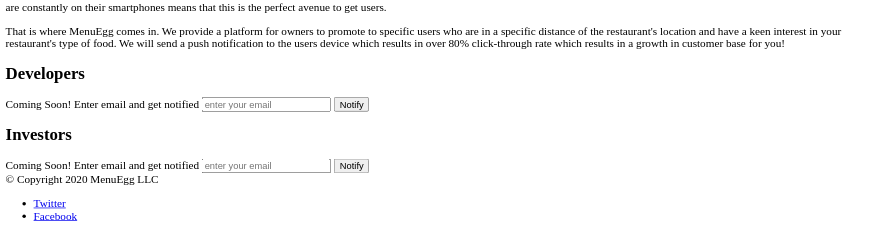
Repository: RobinKite/MenuEgg-test-site
Page: src/index.html
These files come from the project's save history. The page is drawn as it stood at one moment and after the next save; the edit follows.
The browser window is 1280 px wide. The pictures show the part of the page from y = 671 to 2591 px (the page is 1005 px tall before and 2743 px after), at 70% of full size.

Above is the page before, as saved 2020-09-16 05:49:05.

### src/index.html
<!DOCTYPE html>
<html lang="en">

<head>
    <meta charset="UTF-8" />
    <meta name="viewport" content="width=device-width, initial-scale=1.0" />
    <meta http-equiv="X-UA-Compatible" content="ie=edge" />
    <title>MenuEgg - Treat Your Tastebuds</title>
</head>

<body>
    <header>
        <nav>
            <a href="#">
                <img src="" alt="">
            </a>

            <ul>
                <li><a href="#">Home</a></li>
                <li><a href="#">WeightWatchers</a></li>
                <li><a href="#">Meal Planning</a></li>
            </ul>

            <ul>
                <li><a href="#">login</a></li>
                <li><a href="#">register</a></li>
            </ul>
        </nav>
    </header>

    <main>
        <h1>MenuEgg - Treat Your Tastebuds</h1>

        <section>
            <h2>Treat Your Tastebuds</h2>
            <span>Let us help you decide WHERE to go and WHAT to order</span>
        </section>
        <section>
            <div>
                <h2>Consumers</h2>
                <ul>
                    <li>
                        <h3>Dish Recommendations</h3>
                        <p>Don't know what to eat? MenuEgg is customized just for you. A personalized recommendations system helps you find the perfect dish to eat nearby!</p>
                    </li>
                    <li>
                        <h3>AI And Machine Learning</h3>
                        <p>Custom built Artifical Intelligence and Machine Learning built into Recommending the best dish for you</p>
                    </li>
                </ul>
            </div>
            <div>
                <h2>Restaurant Owners</h2>
                <div>
                    <h3>Why use MenuEgg?</h3>
                    <p>One of the hardest obstacles a restaurant owner faces is attracting customers. Existing methods include marketing through social media platforms, providing coupons either through print media or via the web, providing birthday specials
                        to bring back customers, the list goes on and on.</p>
                    <p>The hardest part about this is actually attracting the right customers and promoting to them and not a customer that is not interested in your restaurant's type of food. Provided that most customers are constantly on their smartphones
                        means that this is the perfect avenue to get users.</p>
                    <p>That is where MenuEgg comes in. We provide a platform for owners to promote to specific users who are in a specific distance of the restaurant's location and have a keen interest in your restaurant's type of food. We will send a push
                        notification to the users device which results in over 80% click-through rate which results in a growth in customer base for you!</p>
                </div>
            </div>
            <div>
                <h2>Developers</h2>

                <span>Coming Soon!</span>
                <label for="email">Enter email and get notified</label>
                <input type="email" id="email" placeholder="enter your email">
                <input type="submit" value="Notify">
            </div>
            <div>
                <h2>Investors</h2>

                <span>Coming Soon!</span>
                <label for="email">Enter email and get notified</label>
                <input type="email" id="email" placeholder="enter your email">
                <input type="submit" value="Notify">
            </div>
        </section>
        <section>

        </section>
        <section>

        </section>
        <section>

        </section>
        <section>

        </section>
        <section>

        </section>
        <section>

        </section>
        <section>

        </section>
        <section>

        </section>
    </main>

    <footer>
        <span>&#169; Copyright 2020 MenuEgg LLC</span>

        <ul>
            <li><a href="#">Twitter</a></li>
            <li><a href="#">Facebook</a></li>
        </ul>
    </footer>
</body>

</html>

After the next save:
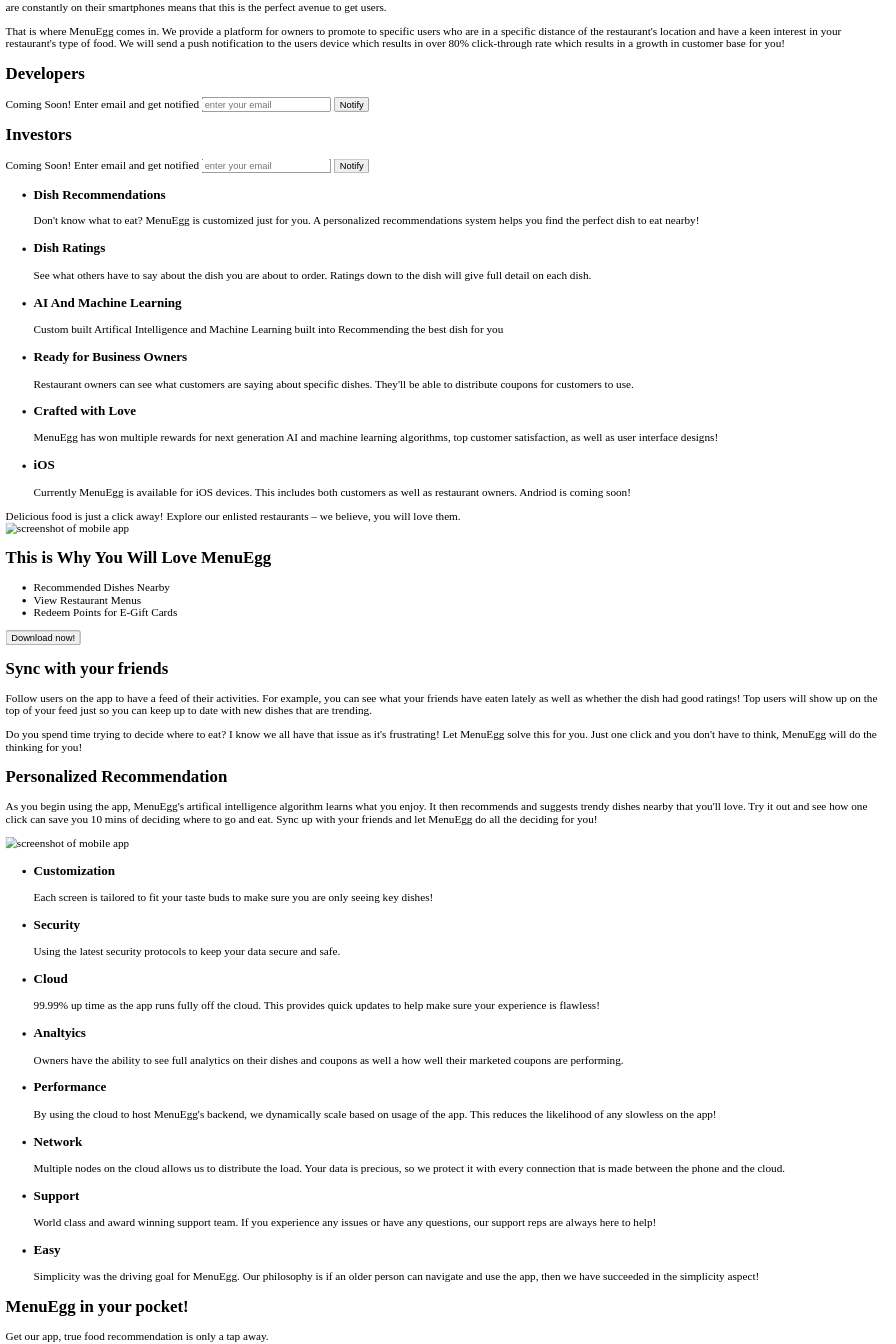
Saved 10 min 19 s later.
--- a/src/index.html
+++ b/src/index.html
@@ -79,28 +79,101 @@
             </div>
         </section>
         <section>
-
+            <ul>
+                <li>
+                    <h3>Dish Recommendations</h3>
+                    <p>Don't know what to eat? MenuEgg is customized just for you. A personalized recommendations system helps you find the perfect dish to eat nearby!</p>
+                </li>
+                <li>
+                    <h3>Dish Ratings</h3>
+                    <p>See what others have to say about the dish you are about to order. Ratings down to the dish will give full detail on each dish.</p>
+                </li>
+                <li>
+                    <h3>AI And Machine Learning</h3>
+                    <p>Custom built Artifical Intelligence and Machine Learning built into Recommending the best dish for you</p>
+                </li>
+                <li>
+                    <h3>Ready for Business Owners</h3>
+                    <p>Restaurant owners can see what customers are saying about specific dishes. They'll be able to distribute coupons for customers to use.</p>
+                </li>
+                <li>
+                    <h3>Crafted with Love</h3>
+                    <p>MenuEgg has won multiple rewards for next generation AI and machine learning algorithms, top customer satisfaction, as well as user interface designs!</p>
+                </li>
+                <li>
+                    <h3>iOS</h3>
+                    <p>Currently MenuEgg is available for iOS devices. This includes both customers as well as restaurant owners. Andriod is coming soon!</p>
+                </li>
+            </ul>
         </section>
         <section>
-
+            <span>Delicious food is just a click away! Explore our enlisted restaurants – we believe, you will love them.</span>
         </section>
         <section>
-
+            <img src="#" alt="screenshot of mobile app">
+            <h2>This is Why You Will Love MenuEgg</h2>
+            <ul>
+                <li><span>Recommended Dishes Nearby</span></li>
+                <li><span>View Restaurant Menus</span></li>
+                <li><span>Redeem Points for E-Gift Cards</span></li>
+            </ul>
+            <button>Download now!</button>
         </section>
         <section>
-
+            <h2>Sync with your friends</h2>
+            <p>Follow users on the app to have a feed of their activities. For example, you can see what your friends have eaten lately as well as whether the dish had good ratings! Top users will show up on the top of your feed just so you can keep up to
+                date with new dishes that are trending.</p>
+            <p>Do you spend time trying to decide where to eat? I know we all have that issue as it's frustrating! Let MenuEgg solve this for you. Just one click and you don't have to think, MenuEgg will do the thinking for you!</p>
         </section>
         <section>
-
+            <h2>Personalized Recommendation</h2>
+            <p>As you begin using the app, MenuEgg's artifical intelligence algorithm learns what you enjoy. It then recommends and suggests trendy dishes nearby that you'll love. Try it out and see how one click can save you 10 mins of deciding where to
+                go and eat. Sync up with your friends and let MenuEgg do all the deciding for you!</p>
+            <img src="#" alt="screenshot of mobile app">
         </section>
         <section>
-
+            <ul>
+                <li>
+                    <h3>Customization</h3>
+                    <p>Each screen is tailored to fit your taste buds to make sure you are only seeing key dishes!</p>
+                </li>
+                <li>
+                    <h3>Security</h3>
+                    <p>Using the latest security protocols to keep your data secure and safe.</p>
+                </li>
+                <li>
+                    <h3>Cloud</h3>
+                    <p>99.99% up time as the app runs fully off the cloud. This provides quick updates to help make sure your experience is flawless!</p>
+                </li>
+                <li>
+                    <h3>Analtyics</h3>
+                    <p>Owners have the ability to see full analytics on their dishes and coupons as well a how well their marketed coupons are performing.</p>
+                </li>
+                <li>
+                    <h3>Performance</h3>
+                    <p>By using the cloud to host MenuEgg's backend, we dynamically scale based on usage of the app. This reduces the likelihood of any slowless on the app!</p>
+                </li>
+                <li>
+                    <h3>Network</h3>
+                    <p>Multiple nodes on the cloud allows us to distribute the load. Your data is precious, so we protect it with every connection that is made between the phone and the cloud.</p>
+                </li>
+                <li>
+                    <h3>Support</h3>
+                    <p>World class and award winning support team. If you experience any issues or have any questions, our support reps are always here to help!</p>
+                </li>
+                <li>
+                    <h3>Easy</h3>
+                    <p>Simplicity was the driving goal for MenuEgg. Our philosophy is if an older person can navigate and use the app, then we have succeeded in the simplicity aspect!</p>
+                </li>
+            </ul>
         </section>
         <section>
-
-        </section>
-        <section>
-
+            <h2>MenuEgg in your pocket!</h2>
+            <p>Get our app, true food recommendation is only a tap away.</p>
+            <ul>
+                <li><a href="#">App Store</a></li>
+                <li><a href="#">Google play</a></li>
+            </ul>
         </section>
     </main>
 
